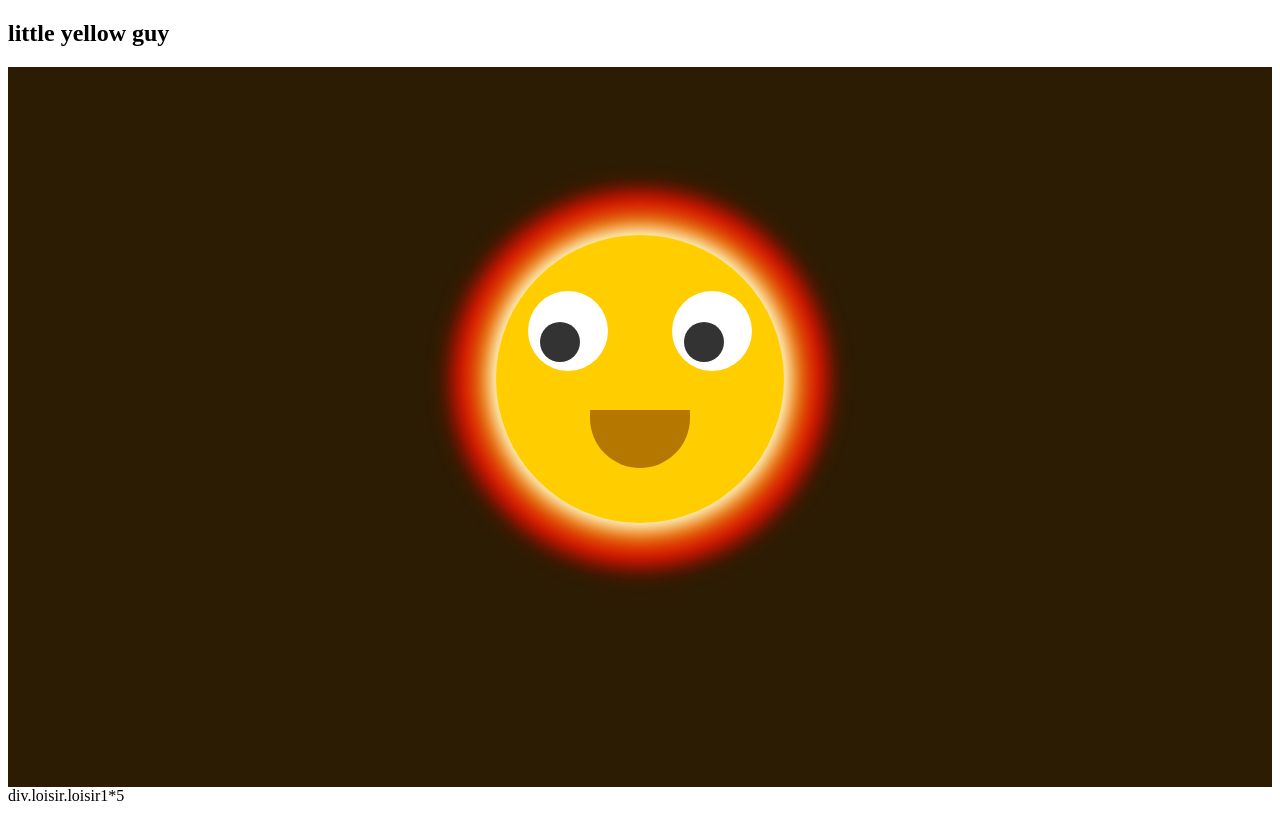
Repository: clairedupuich/cv_dynamique
Page: cv _texiao/小黄人 copy/eyes.html
The author's editor kept a copy of each file at every save. The page is drawn from the files as they stood at one save, then again after the next save.
The browser window is 1280 px wide. The pictures show the whole page.

Above is the page before, as saved 2020-10-22 20:10:57.

### cv _texiao/小黄人 copy/eyes.html
<!DOCTYPE html>
<html lang="fr">

<head>
    <meta charset="UTF-8">
    <meta name="viewport" content="width=device-width, initial-scale=1.0">
    <title>Document</title>
    <link rel="stylesheet" href="eyes.css">
</head>

<body>
    <h2>little yellow guy</h2>
    <div class="body-face">
        <div class="face">
            <div class="eyes">
                <div class="eye"></div>
                <div class="eye"></div>
            </div>
        </div>
    </div>
    <div class="loisir">
        div.loisir.loisir1*5
    </div>
    <script type="text/javascript" src="eyes.js"></script>
</body>

</html>

<!-- html中关于太阳的块，其层次结构是
第一层 整个动画的容器，
第二层 脸div
第三层 眼div,内含
第四层 2个单只的眼睛div

嘴巴和眼珠都是在CSS里用 ::before创建的 -->

### cv _texiao/小黄人 copy/eyes.css
.body-face {
    display: flex;
    justify-content: center;
    align-items: center;
    min-height: 100vh;/* 视口高度的1% */
    background-color: #2c1c03;

   caret-color: red;/* 一般用在更改光标的颜色 */
   /*  cursor:pointer;  *//* cursor: url("小图片地址") */
   cursor: url(./image/Butterfly.net.ico), url(../image/Butterfly_72px_544652_easyicon.net.png), url(cursors/cursor.gif), pointer;

  }

.face {
    position: relative;
    top: -3em;
    width: 18em;
    height: 18em;
    border-radius: 50%;
    background-color: #ffcd00;
    display: flex;
    justify-content: center;
    align-items: center;


    box-shadow: 0 0 15px 7px #fefcc9,
     0 0 15px 20px #ec760c,
    0 0  25px 30px #cd4606,
     0px 0px 25px 42px #f00;



    transform-style: preserve-3d;/* ??????????????????????? ??????????????????*/
}
.face:hover {
  box-shadow: 0 0 15px 7px #fefcc9,
  0 0 15px 20px #ec760c,
 0 0  25px 30px #000000,
  0px 0px 25px 42px #f00;
}

/* 该属性box-shadow可以通过以下方式定义：

两个，三个或四个长度值（<length>）：
具有两个值，它们分别被视为阴影偏移坐标：<offset-x>和<offset-y>
如果提供了第三个值，则它将对应于模糊半径： <blur-radius>
如果提供第四个值，它将对应于扩展半径：<spread-radius>。
到可选关键字 inset
具有<color>可选的颜色值（）。 */

/* 嘴巴 */
.face::before{
    content: ''; /* 内容 */
    position: absolute;/* 绝对定位 */
    top: 61%; /* 距上部 */
    width: 35%;
    height: 20%;
    background: #b57700;
    border-bottom-left-radius: 5em; /* 左下圆角 */
    border-bottom-right-radius: 5em;
    transition: .5s; /* 过渡时间 */
  }

  /* 悬停到face时嘴就行变化 */
.face:hover::before{
    content: '';
    top: 61%; /* 距上部 */
    width: 35%;
    height: 8%;
    /* 圆角归0为矩形 */
    border-radius: 0;
  }
/* 眼睛框体 */
.eyes{
    position: relative;
    top: -3em;
    display: flex;
  }

  /* 2只眼睛 */
.eyes .eye{
    position: relative;
    width: 5em;
    height: 5em;
   /*  display: block; */
    background-color: #fff;
    margin: 0 2em;
    border-radius: 50%;
    transform-style: preserve-3d;
  }

/* 眼珠 */
/* .eyes */ .eye::before{
    content: '';
    position: absolute;/* 绝对定位 是为了能在区域中显示出来*/
    /* top: 50%; */
    margin-top: 3.2em;
    margin-left: 2em;
    /* left: 25px; */
    transform: translate(-50%, -50%); /* x,y轴移动 */
    width: 2.5em;
    height: 2.5em;
    background: #333;
    border-radius: 50%;
  }

### cv _texiao/小黄人 copy/eyes.js
// 给小黄人所在块添加鼠标移动事件 eyeball
document.querySelector('.body-face').addEventListener('mousemove', eyeball);
// 事件函数
function eyeball() {
  // 根据css选择器 获取到元素 放入数组
  let eye = document.querySelectorAll('.eye');
  // 调用数组中的每个元素
  eye.forEach(function(eye) {
    // 元素相对于窗口左边的距离  元素左边距离页面左边的距离; eye.clientLeft 是左边框的宽度
    let x = (eye.getBoundingClientRect().left + (eye.clientLeft));//我认为 除2或者不除2都会一样运行，甚至不加边框也是一样的，不同是对于之后使用的函数来说更加严谨，这样眼珠就不会太靠近眼眶边缘
    // 同上
    let y = (eye.getBoundingClientRect().top + (eye.clientTop /* / 2 */));
    //let y = (eye.getBoundingClientRect().top );
    // pageX 鼠标指针的位置，相对于文档左边缘 pageX/y都是相对于整个页面即body而言的x,y轴距离; 而加上event.前缀是获取鼠标坐标

    let radian = Math.atan2(event.pageX - x, event.pageY -y);// 计算弧度
    let angle = (radian * (180 / Math.PI) * -1) - 20;// 计算角度 //* 270是调整眼睛的角度，即鼠标在下方时要保证眼珠也在下面，-1是调整眼睛转动的方向要于鼠标游走方向一致。
    /*PI一般用来代表圆周率π
     角度 = 弧度 * 180 / Math.PI;
    弧度= 角度 * Math.PI / 180; */
    // 修改旋转角度
    // eye.style.transform = 'rotate('+angle +'deg)';//?????此处引号的用法很费解//deg是角度的意思   transform: rotate(旋转角度deg) ?????????????????????????????????????
    eye.style.transform = "rotate(" + angle + "deg)";//""里是字符串显示，变量和数字是不需要引号的。

  })
}

/* 获取转动的角度

使用 Math.atan2() 函数可以非常高效的实现之，它是返回点与原点之间的倾斜角，如图所示，如果想计算出点 (x1,y1) 与 原点 (cx,cy) 与X轴的角度，不过这样我们得到的是一个弧度值,在一般情况下我们需要把它转换为一个角度.只需要执行：

Math.atan2(y1 - cy, x1 - cx)  我们得到的是一个弧度值

需要注意的是，它的取值范围是[-PI, PI]。
当 (x1, y1) 在第一象限, 0 < θ < PI/2

当 (x1, y1) 在第二象限 PI/2 < θ≤PI

当 (x1, y1) 在第三象限, -PI < θ < -PI/2

当 (x1, y1) 在第四象限, -PI/2 < θ < 0
3.2 角度与弧度之间的转换

角度 = 弧度 * 180 / Math.PI; //转换为角度值
弧度= 角度 * Math.PI / 180;

3.3 组件中心点位置计算

使用getBoundingClientRect() 的方法可以获取出容器的位置信息，用当前位置减去宽/高的一半，即可获取中心点位置。

  //中心点 此处与本例子无关
  cx = x + width / 2;
  cy = y + height / 2;


  关于鼠标坐标

鼠标坐标一般是用event事件获取，其中有以下几个方法：

    pageX , pageY
    *screenX , *screenY
    *clientX , *clientY

其中以pageX , pageY方法使用得较多，其他的方法则不太常使用（*标明）。
一张图说明三者的区别：

如图☝
pageX是指光标相对于该网页的水平位置（网页实际大小），以当前文档的左上角为基准点。
所以我们如何获取鼠标坐标？根据自己的需求来调用这些方法就行了~

    ...
    var x = event.pageX;
    var y = event.pageY;
    ...


旋转：transform: rotate();

（1）以x、y、z轴进行旋转，默认是z轴；

（2）rotateX（）、rotateY（）、rotateZ（）

（3）（）内的值单位是：deg角度

比如：transform: rotate(45deg);

作者：丶chlorine
链接：https://www.jianshu.com/p/6c7c9443b919
来源：简书
著作权归作者所有。商业转载请联系作者获得授权，非商业转载请注明出处。
 */

After the next save:
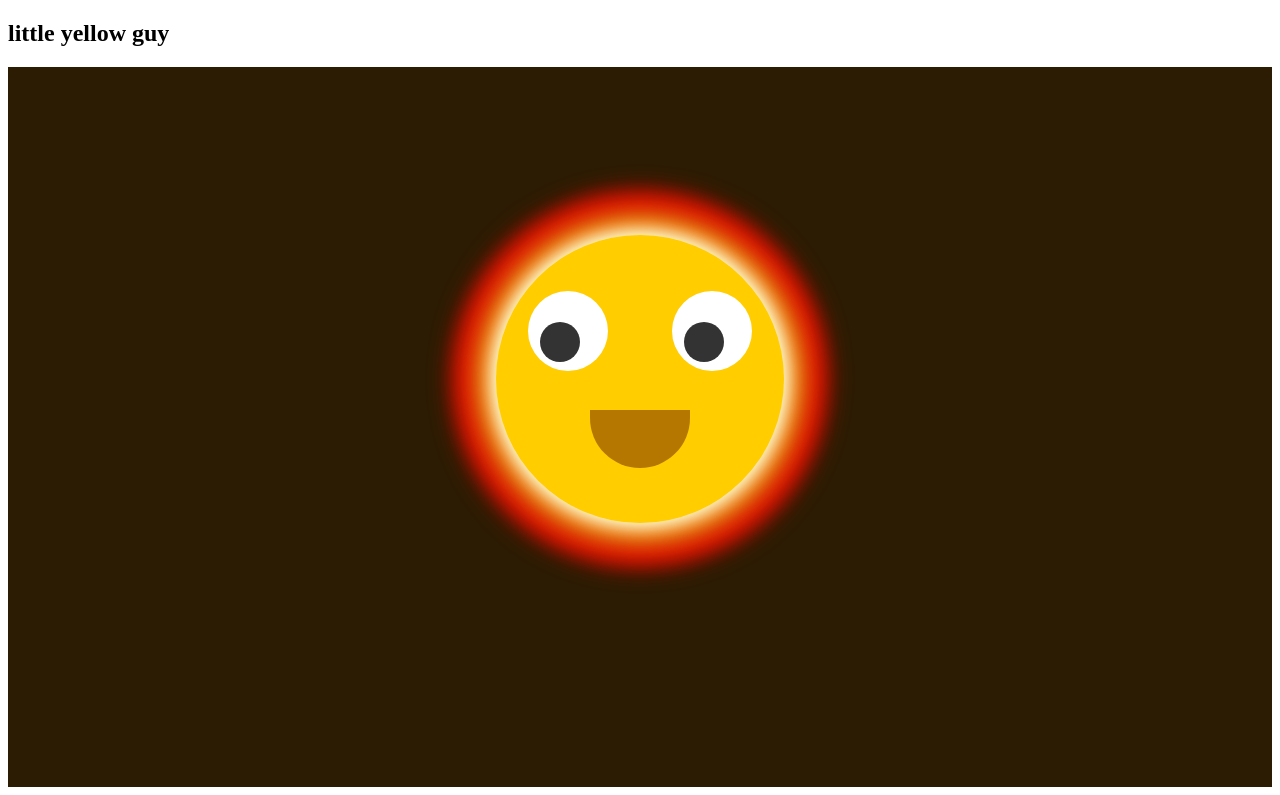
Saved 1 s later.
--- a/cv _texiao/小黄人 copy/eyes.html
+++ b/cv _texiao/小黄人 copy/eyes.html
@@ -19,7 +19,11 @@
         </div>
     </div>
     <div class="loisir">
-        div.loisir.loisir1*5
+        <div class="loisir loisir1"></div>
+        <div class="loisir loisir1"></div>
+        <div class="loisir loisir1"></div>
+        <div class="loisir loisir1"></div>
+        <div class="loisir loisir1"></div>
     </div>
     <script type="text/javascript" src="eyes.js"></script>
 </body>
